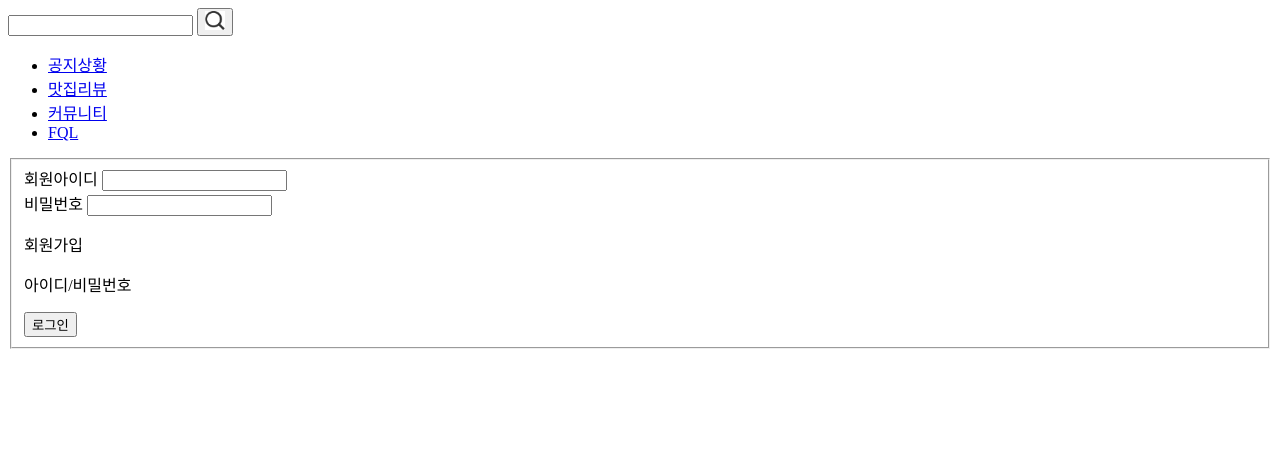
Repository: cally91/VegetLife
Page: http://localhost/VegetLife/
These files come from the project's save history. The page is drawn as it stood at one moment and after the next save; the edit follows.
The browser window is 1280 px wide. The pictures show the whole page.
The page is served by Tomcat 9. Other server files are loaded and not shown.

Above is the page before, as saved 2019-07-10 03:50:19.

### VegetLife/src/main/webapp/WEB-INF/views/home.jsp
<%@ page language="java" contentType="text/html; charset=UTF-8"
	pageEncoding="UTF-8"%>
<!DOCTYPE html>
<html>
<head>
<meta charset="UTF-8">
<title>Insert title here</title>
	<style>
	*{
	box-sizing: border-box;
	}
	</style>
</head>
<body>
<header>
	<form>
		<input type="text" name="m_text" id="m_texr">
		<button>
			<img
				src="${pageContext.request.contextPath}/resources/image/images.png"
				class="img1" width="20px"></img>
		</button>
	</form>
</header>
	<ul>
		<li><a href="#">공지상황</a></li>
		<li><a href="#">맛집리뷰</a></li>
		<li><a href="#">커뮤니티</a></li>
		<li><a href="#">FQL</a></li>
	</ul>
	<form action="">
		<fieldset>
			<div>
				<label for="m_userid">회원아이디</label> <input type="text"
					name="m_userid" id="m_userid">
			</div>
			<div>
				<label for="m_password">비밀번호</label> <input type="password"
					name="password" id="password">
			</div>
			<div>
				<p>회원가입</p>
				<p>아이디/비밀번호</p>
			</div>
			<div class="btn-box"><button>로그인</button></div>

		</fieldset>
	</form>
</body>
</html>

After the next save:
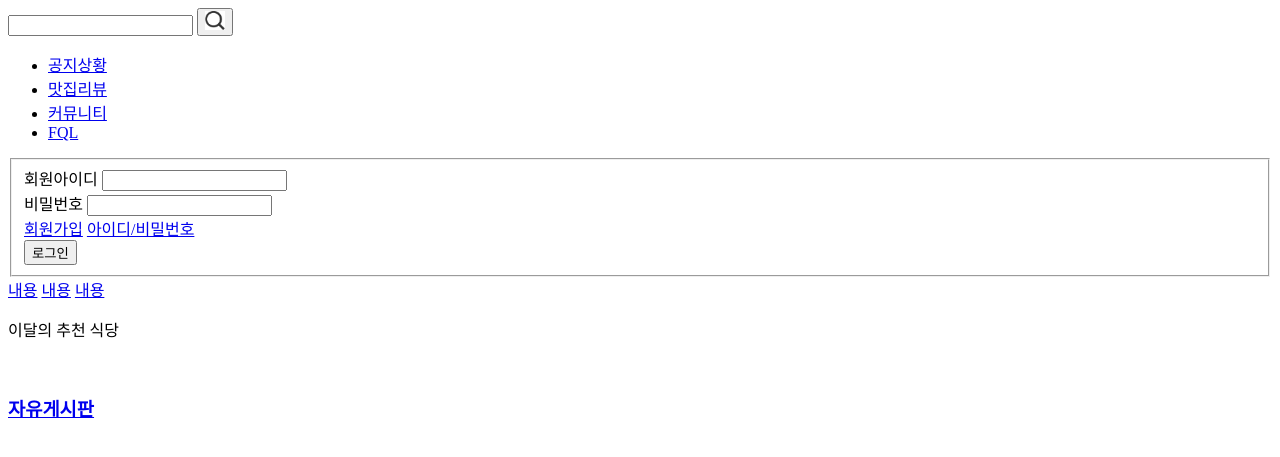
Saved 30 min 4 s later.
--- a/VegetLife/src/main/webapp/WEB-INF/views/home.jsp
+++ b/VegetLife/src/main/webapp/WEB-INF/views/home.jsp
@@ -5,46 +5,63 @@
 <head>
 <meta charset="UTF-8">
 <title>Insert title here</title>
-	<style>
-	*{
+<style>
+* {
 	box-sizing: border-box;
-	}
-	</style>
+}
+</style>
 </head>
 <body>
-<header>
-	<form>
-		<input type="text" name="m_text" id="m_texr">
-		<button>
-			<img
-				src="${pageContext.request.contextPath}/resources/image/images.png"
-				class="img1" width="20px"></img>
-		</button>
-	</form>
-</header>
+	<header>
+		<form>
+			<input type="text" name="m_text" id="m_texr">
+			<button>
+				<img
+					src="${pageContext.request.contextPath}/resources/image/images.png"
+					class="img1" width="20px"></img>
+			</button>
+		</form>
+	</header>
 	<ul>
 		<li><a href="#">공지상황</a></li>
 		<li><a href="#">맛집리뷰</a></li>
 		<li><a href="#">커뮤니티</a></li>
 		<li><a href="#">FQL</a></li>
 	</ul>
-	<form action="">
+	<form>
 		<fieldset>
-			<div>
+			<div class="login">
 				<label for="m_userid">회원아이디</label> <input type="text"
 					name="m_userid" id="m_userid">
 			</div>
-			<div>
+			<div class="login">
 				<label for="m_password">비밀번호</label> <input type="password"
 					name="password" id="password">
 			</div>
-			<div>
-				<p>회원가입</p>
-				<p>아이디/비밀번호</p>
+			<div class="login">
+				<a href="#">회원가입</a> <a href="#">아이디/비밀번호</a>
 			</div>
-			<div class="btn-box"><button>로그인</button></div>
+			<div class="btn-box">
+				<button>로그인</button>
+			</div>
+		</fieldset>
 
-		</fieldset>
+		<div class="rew">
+			<a href="#"><img src="">내용</a>
+			<a href="#"><img src="">내용</a>
+			<a href="#"><img src="">내용</a>
+		</div>
+		<div>
+			<p>이달의 추천 식당</p>
+		</div>
+		<div>
+			<a href="#"><img src=""></a>
+		</div>
+		<div>
+	<h3><a href="#">자유게시판</a></h3>
+	</div>
+
+
 	</form>
 </body>
 </html>
